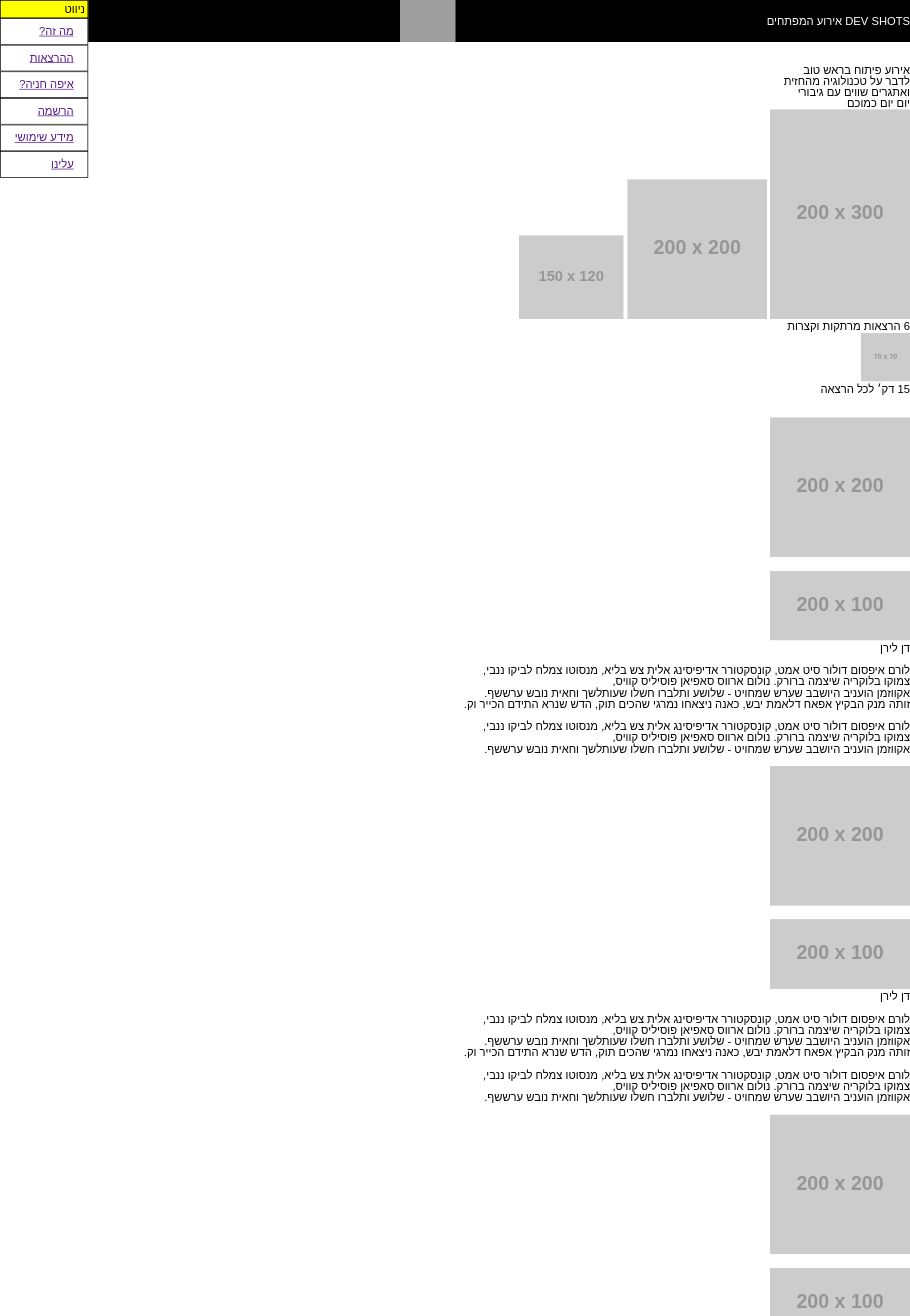
Repository: Julian-Escobar/DevShots
Page: index.html
These files come from the project's save history. The page is drawn as it stood at one moment and after the next save; the edit follows.
The browser window is 1280 px wide. The page is 1300 px wide, then 1280 px, so the pictures cover 1300 px, including what lies to the right of the window. The pictures show the part of the page from y = 0 to 1880 px (the page is 5922 px tall), at 70% of full size.
Pictures or frames that could not be fetched are drawn as grey boxes.

Above is the page before, as saved 2018-08-28 09:46:35.

### index.html
<!DOCTYPE HTML>
<html>
  <head>
      <link rel="stylesheet" href="style.css">
        <style>

                body{
                    text-align: right;
                    direction: rtl;
                }
        </style>
  </head>
  <body>
      <!--header-->
       <header>
      <div class="conteiner1">  <h2 class="title">   DEV SHOTS אירוע המפתחים  </h2>
       <div ><a ></a><img class="netcraftlogo" src="https://cdn.dribbble.com/users/277968/screenshots/1639449/netcraftdev_1x.png" alt="netcraft logo"></a> </div>
        <div class="dropdownnav"> <nav>
            <ul>
              <li><div class="navtitle"> <b>ניווט</b></li><li><a class="navlink" href=""> מה
                   זה? </a></li><li><a class="navlink" href=""> ההרצאות

                   </a></li><li><a class="navlink" href=""> איפה
                        חניה? </a></li><li><a class="navlink" href=""> הרשמה

                        </a></li><li><a class="navlink" href=""> מידע
                             שימושי </a></li><li><a class="navlink" href=""> עלינו </a></li>
                                  </ul>
        </nav> </div> </div>
       </header>
       <br> <br>

       <!--section 1-->
       <section class="section1 conteiner" >
               <div> <h1 class="secondtitle">אירוע פיתוח בראש טוב</h1>
                     <p> לדבר על טכנולוגיה מהחזית <br>ואתגרים שווים עם גיבורי<br> יום יום כמוכם</p>
               </div>
          <a class="robot 1"href="https://placeholder.com"><img src="https://via.placeholder.com/200x300" alt="robot1 image"></a>
          <a class="robot 2"href="https://placeholder.com"><img src="https://via.placeholder.com/200x200" alt="robot2 image"></a>
          <a class="robot 3"href="https://placeholder.com"><img src="https://via.placeholder.com/150x120" alt="robot3 image"></a>
       </section>

              <!--section 2 lectures-->
        <section class="section2 conteiner">
                    <h3>6 הרצאות מרתקות וקצרות</h3>
                    <div class="lecture time"> <a class="clock icon"href="https://placeholder.com"><img src="https://via.placeholder.com/70x70"alt="clock icon"> </a>
                    <p>15 דק׳ לכל הרצאה</p></div>
                    <br>
                    <br>

                  <article class="lecture container">
                            <a class="prof picture"href="https://placeholder.com"><img src="https://via.placeholder.com/200x200" alt="lecturer photo"></a>
                             <h3 class="card title">חומריות בעולם הגידיטל</h3>
                             <a class="bubble image"href="https://placeholder.com"><img src="https://via.placeholder.com/200x100"alt="bubble image"></a>
                                <p class="prof name">דן לירן</p> </div>
                                <p class=><br>לורם איפסום דולור סיט אמט, קונסקטורר אדיפיסינג אלית צש בליא, מנסוטו צמלח לביקו ננבי,
                                        <br>צמוקו בלוקריה שיצמה ברורק. נולום ארווס סאפיאן פוסיליס קוויס,
                                        <br>אקווזמן הועניב היושבב שערש שמחויט - שלושע ותלברו חשלו שעותלשך וחאית נובש ערששף.
                                        <br> זותה מנק הבקיץ אפאח דלאמת יבש, כאנה ניצאחו נמרגי שהכים תוק, הדש שנרא התידם הכייר וק.</p>
                                    <p><br>לורם איפסום דולור סיט אמט, קונסקטורר אדיפיסינג אלית צש בליא, מנסוטו צמלח לביקו ננבי,
                                        <br> צמוקו בלוקריה שיצמה ברורק. נולום ארווס סאפיאן פוסיליס קוויס,
                                        <br>  אקווזמן הועניב היושבב שערש שמחויט - שלושע ותלברו חשלו שעותלשך וחאית נובש ערששף. </p>

                 </article>
                 <br>
                 <article class="lecture container">
                        <a class="prof picture"href="https://placeholder.com"><img src="https://via.placeholder.com/200x200"alt="lecturer photo"></a>
                         <h3 class="card title">חומריות בעולם הגידיטל</h3>
                         <a class="bubble image"href="https://placeholder.com"><img src="https://via.placeholder.com/200x100"alt="bubble image"></a>
                            <p class="prof name">דן לירן</p> </div>
                            <p class=><br>לורם איפסום דולור סיט אמט, קונסקטורר אדיפיסינג אלית צש בליא, מנסוטו צמלח לביקו ננבי,
                                    <br>צמוקו בלוקריה שיצמה ברורק. נולום ארווס סאפיאן פוסיליס קוויס,
                                    <br>אקווזמן הועניב היושבב שערש שמחויט - שלושע ותלברו חשלו שעותלשך וחאית נובש ערששף.
                                    <br> זותה מנק הבקיץ אפאח דלאמת יבש, כאנה ניצאחו נמרגי שהכים תוק, הדש שנרא התידם הכייר וק.</p>
                                <p><br>לורם איפסום דולור סיט אמט, קונסקטורר אדיפיסינג אלית צש בליא, מנסוטו צמלח לביקו ננבי,
                                    <br> צמוקו בלוקריה שיצמה ברורק. נולום ארווס סאפיאן פוסיליס קוויס,
                                    <br>  אקווזמן הועניב היושבב שערש שמחויט - שלושע ותלברו חשלו שעותלשך וחאית נובש ערששף. </p>

             </article>

             <br>
             <article class="lecture container">
                    <a class="prof picture"href="https://placeholder.com"><img src="https://via.placeholder.com/200x200"alt="lecturer photo"></a>
                    <h3 class="card title">חומריות בעולם הגידיטל</h3>
                     <a class="bubble image"href="https://placeholder.com"><img src="https://via.placeholder.com/200x100"alt="bubble image"></a>
                        <p class="prof name">דן לירן</p> </div>
                        <p class=><br>לורם איפסום דולור סיט אמט, קונסקטורר אדיפיסינג אלית צש בליא, מנסוטו צמלח לביקו ננבי,
                                <br>צמוקו בלוקריה שיצמה ברורק. נולום ארווס סאפיאן פוסיליס קוויס,
                                <br>אקווזמן הועניב היושבב שערש שמחויט - שלושע ותלברו חשלו שעותלשך וחאית נובש ערששף.
                                <br> זותה מנק הבקיץ אפאח דלאמת יבש, כאנה ניצאחו נמרגי שהכים תוק, הדש שנרא התידם הכייר וק.</p>
                            <p><br>לורם איפסום דולור סיט אמט, קונסקטורר אדיפיסינג אלית צש בליא, מנסוטו צמלח לביקו ננבי,
                                <br> צמוקו בלוקריה שיצמה ברורק. נולום ארווס סאפיאן פוסיליס קוויס,
                                <br>  אקווזמן הועניב היושבב שערש שמחויט - שלושע ותלברו חשלו שעותלשך וחאית נובש ערששף. </p>

         </article>
         <br>

         <article class="lecture container">
                <a class="prof picture"href="https://placeholder.com"><img src="https://via.placeholder.com/200x200"alt="lecturer photo"></a>
                <h3 class="card title">חומריות בעולם הגידיטל</h3>
                <a class="bubble image"href="https://placeholder.com"><img src="https://via.placeholder.com/200x100"alt="bubble image"></a>
                    <p class="prof name">דן לירן</p> </div>
                    <p class=><br>לורם איפסום דולור סיט אמט, קונסקטורר אדיפיסינג אלית צש בליא, מנסוטו צמלח לביקו ננבי,
                            <br>צמוקו בלוקריה שיצמה ברורק. נולום ארווס סאפיאן פוסיליס קוויס,
                            <br>אקווזמן הועניב היושבב שערש שמחויט - שלושע ותלברו חשלו שעותלשך וחאית נובש ערששף.
                            <br> זותה מנק הבקיץ אפאח דלאמת יבש, כאנה ניצאחו נמרגי שהכים תוק, הדש שנרא התידם הכייר וק.</p>
                        <p><br>לורם איפסום דולור סיט אמט, קונסקטורר אדיפיסינג אלית צש בליא, מנסוטו צמלח לביקו ננבי,
                            <br> צמוקו בלוקריה שיצמה ברורק. נולום ארווס סאפיאן פוסיליס קוויס,
                            <br>  אקווזמן הועניב היושבב שערש שמחויט - שלושע ותלברו חשלו שעותלשך וחאית נובש ערששף. </p>

     </article>
     <br>

     <article class="lecture container">
            <a class="prof picture"href="https://placeholder.com"><img src="https://via.placeholder.com/200x200"alt="lecturer photo"></a>
             <h3 class="card title">חומריות בעולם הגידיטל</h3>
             <a class="bubble image"href="https://placeholder.com"><img src="https://via.placeholder.com/200x100"alt="bubble image"></a>
                <p class="prof name">דן לירן</p> </div>
                <p class=><br>לורם איפסום דולור סיט אמט, קונסקטורר אדיפיסינג אלית צש בליא, מנסוטו צמלח לביקו ננבי,
                        <br>צמוקו בלוקריה שיצמה ברורק. נולום ארווס סאפיאן פוסיליס קוויס,
                        <br>אקווזמן הועניב היושבב שערש שמחויט - שלושע ותלברו חשלו שעותלשך וחאית נובש ערששף.
                        <br> זותה מנק הבקיץ אפאח דלאמת יבש, כאנה ניצאחו נמרגי שהכים תוק, הדש שנרא התידם הכייר וק.</p>
                    <p><br>לורם איפסום דולור סיט אמט, קונסקטורר אדיפיסינג אלית צש בליא, מנסוטו צמלח לביקו ננבי,
                        <br> צמוקו בלוקריה שיצמה ברורק. נולום ארווס סאפיאן פוסיליס קוויס,
                        <br>  אקווזמן הועניב היושבב שערש שמחויט - שלושע ותלברו חשלו שעותלשך וחאית נובש ערששף. </p>

 </article>

 <br>
 <article class="lecture container">
        <a class="prof picture"href="https://placeholder.com"><img src="https://via.placeholder.com/200x200"alt="lecturer photo"></a>
         <h3 class="card title">חומריות בעולם הגידיטל</h3>
         <a class="bubble image"href="https://placeholder.com"><img src="https://via.placeholder.com/200x100"alt="bubble image"></a>
            <p class="prof name">דן לירן</p> </div>
            <p class=><br>לורם איפסום דולור סיט אמט, קונסקטורר אדיפיסינג אלית צש בליא, מנסוטו צמלח לביקו ננבי,
                    <br>צמוקו בלוקריה שיצמה ברורק. נולום ארווס סאפיאן פוסיליס קוויס,
                    <br>אקווזמן הועניב היושבב שערש שמחויט - שלושע ותלברו חשלו שעותלשך וחאית נובש ערששף.
                    <br> זותה מנק הבקיץ אפאח דלאמת יבש, כאנה ניצאחו נמרגי שהכים תוק, הדש שנרא התידם הכייר וק.</p>
                <p><br>לורם איפסום דולור סיט אמט, קונסקטורר אדיפיסינג אלית צש בליא, מנסוטו צמלח לביקו ננבי,
                    <br> צמוקו בלוקריה שיצמה ברורק. נולום ארווס סאפיאן פוסיליס קוויס,
                    <br>  אקווזמן הועניב היושבב שערש שמחויט - שלושע ותלברו חשלו שעותלשך וחאית נובש ערששף. </p>
</article>
<div> <a class="robot4"> <img src="https://via.placeholder.com/70x70"alt="robot4 image"> </a></div>
</section>


<!--section 3 directions-->

<section>
    <article>
    <h4> אז איפה שמים את האוטו?</h4>
    <p>ועוד כמה פרטים חשובים...</p>
    <p> הערב יערך במועדון הסבל</p>
    <address> דרך שלומו 53, תל אביב</address>
 <div class="buses container">
       <hr class=line1>
       <p>מתכנסים בשעה</p>
       <p><big> 18:30 </big></p>
       <hr class=line1>
       <dl>
            <dt>חניה</dt>
              <hr class=line1>
              <dd>1. חניון אלי פלט</dd>
              <dd>2. רחוב אלפסי</dd>
              <dd>3. רחוב חיים בן אתר</dd>
       </dl>
 </div>

 <div class="buses container">
                <hr class=line1>
                <p>מתחילים בשעה:</p>
                <p><big> 19:00 </big></p>
                <hr class=line1>
                <dl>

                     <dt>אוטובוסים</dt>
                       <hr class=line1>
                       <dd>1. רכבת מרכז - 142,42</dd>
                       <dd>2. תחנה מרכזית - 163, 201, 96</dd>
                </dl>
 </div>
 <div class="map">
        <a class="map"> <img src="https://via.placeholder.com/400x400" alt="map image"> </a></div>
        <a class="lupa"> <img src="https://via.placeholder.com/15x15" alt="lupa icon"> </a></div>
        <a href="url">למפה המלאה</a>
</div> </article> </section>
<br>

<!--section 4 contact-->
<h5> הרשמה </h5>
<p>הכניסה היא בחינם אבל מספר המקומות מצומצם.</p>
<p> הערב יערך במועדון הסבנשמח אם תרשמו רק אם אתם מתכוונים להגיע- כדי שלא נסרב למישהו אחר</p>
<hr class=line3>
<p>כל הפרטים אישיים ישארו חסומים ולא נעביא אותם לאף אחד</p>
<hr class=line3>
<br>
<br>

<form action="" method="post">
    <div>
        <label for="name">שם מלא</label>
        <input type="text" placeholder="פרטי וגם משפחה" id="name" name="user_name">
    </div>
    <div>
        <label for="position">תפקיד</label>
        <input  type="position" placeholder="מה אתם עושים ביום יום" id="position" name="user_position">
    </div>
    <div>
            <label for="organization">ארגון</label>
            <input  type="organization" placeholder="מי משלם לכם משכורת" id="organization" name="user_organization">
        </div>
    <div>
            <label for="phone">מספר טלפון</label>
            <input  type="phone" placeholder="או סלולרי, לנו זה לא איכפת" id="phone" name="user_phone">
        </div>
        <div>
                <label for="friends">יש חברים?</label>
                <input  type="friends" placeholder="יש מלא אבל אני בא לבד" id="friends" name="user_friends">
            </div>
            <button name="button">זהו שלח אותי</button>
    </form>
    <br>

<!--section 5 Useful information-->

<section>
    <h6><big>מידע שימושי</big></h6>

    <article> <div class="card2"> <a class="card2 image"> <img src="https://via.placeholder.com/100x100"alt="card image"></a><h3 class="car2 title">קונסקטורר אדיפיסינג אלית</h3>
        <p class="p card2">לורם איפסום דולור סיט אמט, קונסקטורר אדיפיסינג אלית נולום ארווס סאפיאן - פוסיליס קוויס, אקווזמן קולורס מונפרד אדנדום סילקוף, מרגשי ומרגשח</p>
    </div></article>

    <article> <div class="card2"> <a class="card2 image"> <img src="https://via.placeholder.com/100x100"alt="card image"></a><h3 class="car2 title">קונסקטורר אדיפיסינג אלית</h3>
        <p class="p card2">לורם איפסום דולור סיט אמט, קונסקטורר אדיפיסינג אלית נולום ארווס סאפיאן - פוסיליס קוויס, אקווזמן קולורס מונפרד אדנדום סילקוף, מרגשי ומרגשח</p>
    </div></article>

    <article> <div class="card2"> <a class="card2 image"> <img src="https://via.placeholder.com/100x100"alt="card image"></a><h3 class="car2 title">קונסקטורר אדיפיסינג אלית</h3>
        <p class="p card2">לורם איפסום דולור סיט אמט, קונסקטורר אדיפיסינג אלית נולום ארווס סאפיאן - פוסיליס קוויס, אקווזמן קולורס מונפרד אדנדום סילקוף, מרגשי ומרגשח</p>
    </div></article>

    <article> <div class="card2"> <a class="card2 image"> <img src="https://via.placeholder.com/100x100"alt="card image"></a><h3 class="car2 title">קונסקטורר אדיפיסינג אלית</h3>
        <p class="p card2">לורם איפסום דולור סיט אמט, קונסקטורר אדיפיסינג אלית נולום ארווס סאפיאן - פוסיליס קוויס, אקווזמן קולורס מונפרד אדנדום סילקוף, מרגשי ומרגשח</p>
    </div></article>

    <article> <div class="card2"> <a class="card2 image"> <img src="https://via.placeholder.com/100x100"alt="card image"></a><h3 class="car2 title">קונסקטורר אדיפיסינג אלית</h3>
        <p class="p card2">לורם איפסום דולור סיט אמט, קונסקטורר אדיפיסינג אלית נולום ארווס סאפיאן - פוסיליס קוויס, אקווזמן קולורס מונפרד אדנדום סילקוף, מרגשי ומרגשח</p>
    </div></article>

    <article> <div class="card2"> <a class="card2 image"> <img src="https://via.placeholder.com/100x100"alt="card image"></a><h3 class="car2 title">קונסקטורר אדיפיסינג אלית</h3>
        <p class="p card2">לורם איפסום דולור סיט אמט, קונסקטורר אדיפיסינג אלית נולום ארווס סאפיאן - פוסיליס קוויס, אקווזמן קולורס מונפרד אדנדום סילקוף, מרגשי ומרגשח</p>
    </div></article>

    <a class="bottom robot"> <img src="https://via.placeholder.com/200x100"></a>
</section>

<!--section 6 footer-->
<section>
    <div class="footer div"><H3 class="footer title"> קצת עלינו</H3></div>
            <sec> <div class="footer components"> <a class="netcraft logo"> <img src="https://via.placeholder.com/100x30"alt="net craft logo"></a> </div>
            <div class="footer components"><p><b><big> נטפרפט </big></b>ורם איפסום דולור סיט אמט, קונסקטורר אדיפיסינג אלית נולום ארווס סאפיאן - פוסיליס קוויס, אקווזמן קולורס מונפרד אדנדום סילקוף, מרגשי ומרגשח. עמחליף גולר מונפרר סוברט</p></div>
            <div class="footer components"> <a class="logo"> <img src="https://via.placeholder.com/30x30"></a> <p>לורם איפסום דולור סיט אמט</p> </div>
            <div class="footer components"> <a class="logo"> <img src="https://via.placeholder.com/30x30"></a> <p>לורם איפסום דולור סיט אמט</p> </div>
            <div class="footer components"> <a class="logo"> <img src="https://via.placeholder.com/30x30"></a> <p>לורם איפסום דולור סיט אמט</p> </div>
            <div class="footer components"> <a class="logo"> <img src="https://via.placeholder.com/30x30"></a> <p>לורם איפסום דולור סיט אמט</p> </div>

            <div class="footer detail"> <p> איפסום דולור סיט אמט | איפסום דולור סיט אמט | איפסום דולור סיט אמט | some info@here </p> <a class="logo netcraft small"> <img src="https://via.placeholder.com/30x12"alt="netcraft logo"></a>  </div></sec>
</section>

  </body>
</html>

### style.css
/* http://meyerweb.com/eric/tools/css/reset/
   v2.0 | 20110126
   License: none (public domain)
*/

html, body, div, span, applet, object, iframe,
h1, h2, h3, h4, h5, h6, p, blockquote, pre,
a, abbr, acronym, address, big, cite, code,
del, dfn, em, img, ins, kbd, q, s, samp,
small, strike, strong, sub, sup, tt, var,
b, u, i, center,
dl, dt, dd, ol, ul, li,
fieldset, form, label, legend,
table, caption, tbody, tfoot, thead, tr, th, td,
article, aside, canvas, details, embed,
figure, figcaption, footer, header, hgroup,
menu, nav, output, ruby, section, summary,
time, mark, audio, video {
	margin: 0;
	padding: 0;
	border: 0;
	font-size: 100%;
	font: inherit;
	vertical-align: baseline;
}
/* HTML5 display-role reset for older browsers */
article, aside, details, figcaption, figure,
footer, header, hgroup, menu, nav, section {
	display: block;
}
body {
	line-height: 1;
}
ol, ul {
	list-style: none;
}
blockquote, q {
	quotes: none;
}
blockquote:before, blockquote:after,
q:before, q:after {
	content: '';
	content: none;
}
table {
	border-collapse: collapse;
	border-spacing: 0;
}




html {
    -moz-box-sizing: border-box;
    box-sizing: border-box;
}

ul {
    list-style: none;
  }

*,
*:before,
*:after {
    box-sizing: inherit;
}

@font-face {
    font-family: 'Rubik', sans-serif;
    src: url("hhttps://fonts.googleapis.com/css?family=Rubik" );
}

body{
    font-family: 'Rubik', sans-serif;
    margin: 0 auto;
    align-content: center;

}
.conteiner1{
    width: 1300px;
    display: flex;
    justify-content: space-between;
    align-content: center;
    height: 60px;
    background-color: black;


}
header{
    background-color: black;

    }

.title {
    font-weight: 100;
    color: white;
    align-self: center;
}
.netcraftlogo {
    height:60px;
    align-self: center;

    }

    .navtitle {
        background-color: yellow;
        padding: 4px;
        border: 1px solid black
    }

    .navlink {
        background-color: white;
        padding: 4px;
        border: 1px solid black;
        align-self: right;
        display: block;
        position: relative;
        z-index: 100;
        margin-top: 0px;
        padding-top: 10px;
        padding-bottom: 10px;
        padding-left: 20px;
        padding-right: 20px;
   }

After the next save:
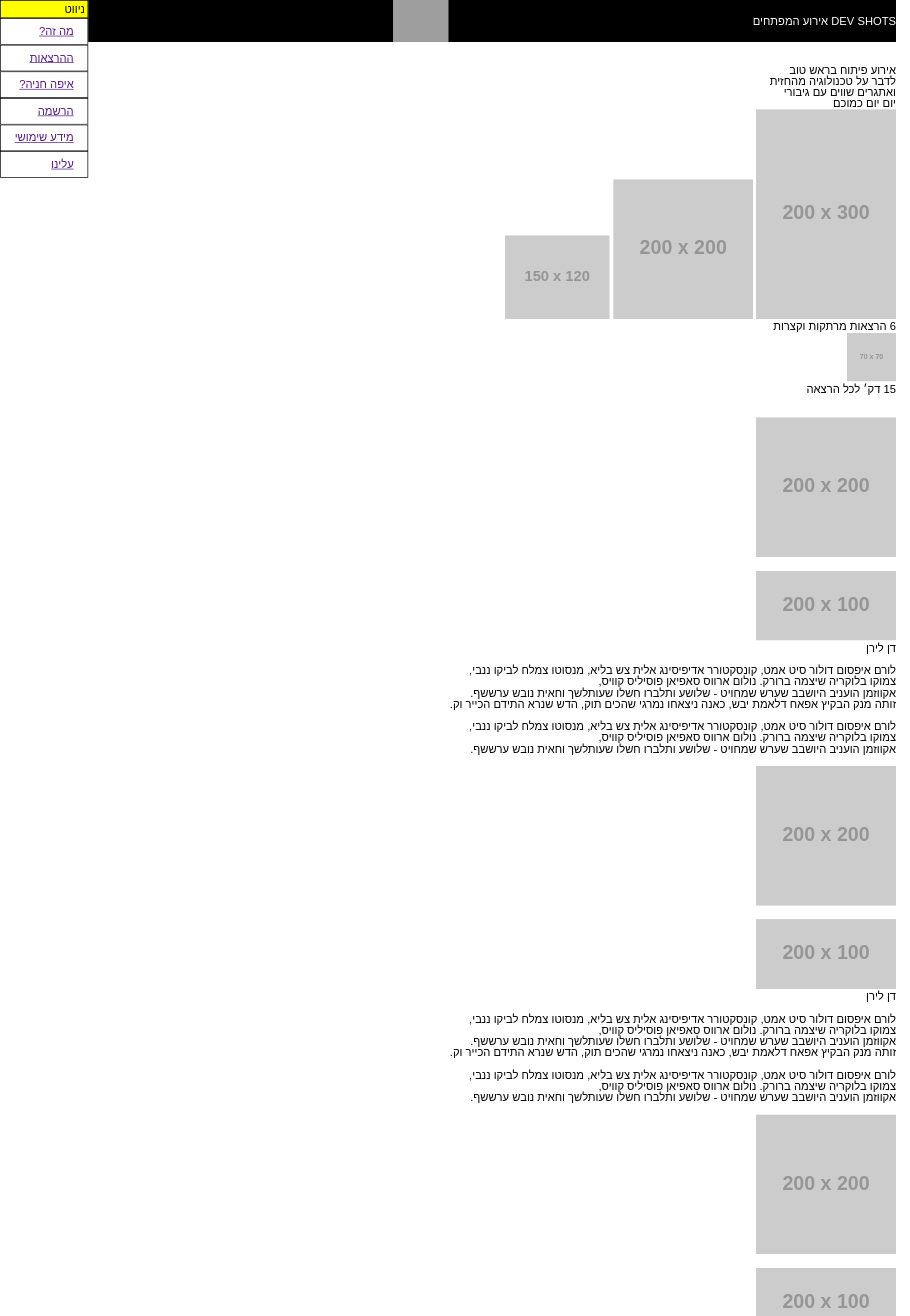
Saved 8 h 34 min later.
--- a/style.css
+++ b/style.css
@@ -73,7 +73,6 @@ ul {
 body{
     font-family: 'Rubik', sans-serif;
     margin: 0 auto;
-    align-content: center;
 
 }
 .conteiner1{
@@ -88,6 +87,10 @@ body{
 }
 header{
     background-color: black;
+    width: 100%;
+    display: flex;
+    justify-content: space-between;
+    align-content: center;
 
     }
 
